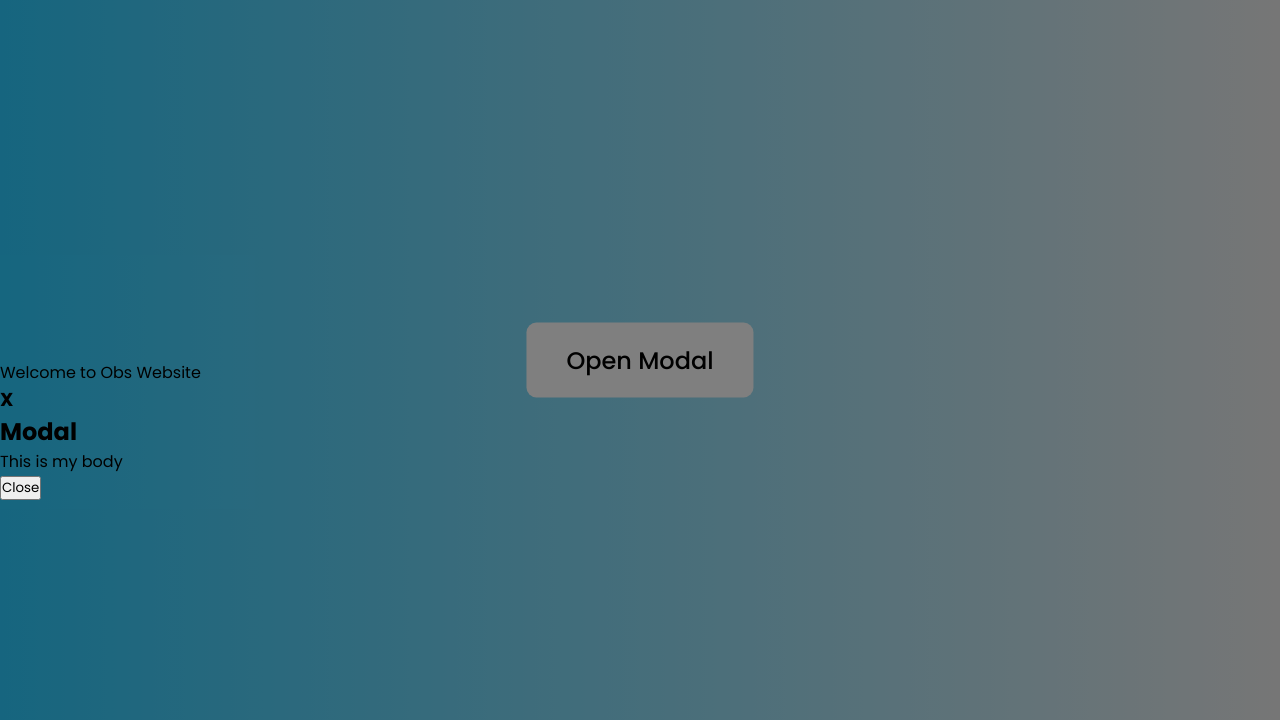
Repository: lausamtuong/Modal_card
Page: index.html
The author's editor kept a copy of each file at every save. The page is drawn from the files as they stood at one save, then again after a run of saves.
The browser window is 1280 px wide. The pictures show the whole page.
The style sheet was rebuilt from its Sass, Less or Tailwind sources for each picture, by a compiler version that may differ from the author's.

Above is the page before, as saved 2021-12-15 06:48:32.

### index.html
<!DOCTYPE html>
<html lang="en">
<head>
    <meta charset="UTF-8">
    <meta http-equiv="X-UA-Compatible" content="IE=edge">
    <meta name="viewport" content="width=device-width, initial-scale=1.0">
    <link rel="stylesheet" href="style.css">
    <link href="https://fonts.googleapis.com/css2?family=Poppins:wght@400;500;700&display=swap" rel="stylesheet">
    <title>Document</title>
</head>
<body>
    <button class="open__btn">Open Modal</button>
    <div class="modal">
        <div class="modal__inner">
            <div class="modal__header">
                <p>Welcome to Obs Website</p>
                <h3>X</h3>
            </div>
            <div class="modal__body">
                <h2>Modal</h2>
                <p>This is my body</p>
            </div>
            <div class="modal__footer">
                <button class="modal__close-btn">Close</button>
            </div>
        </div>
    </div>
</body>
</html>

### style.scss
*{
    margin: 0;
    padding: 0;
    box-sizing: border-box;
    font-family: 'Poppins', sans-serif;
}
body{
    height: 100vh;
    background:  linear-gradient( to right,#2cccff ,#eee );;
}
.open__btn{
     position: relative;;
   top:50%;
   left:50%;
   transform: translate(-50%,-50%);
   outline: none;
   border: none;
   padding : 20px 40px;
   font-weight: 500;
   font-size: 1.5rem;
   border-radius: 10px;
   background-color:#fff;
   &:hover{
      opacity: 0.7;
       cursor: pointer;
       transition: 0.5s;
   }
}
.modal{
    background-color: rgba(0,0,0,0.5);
    position:fixed;
    top:0;
    bottom:0;
    right:0;
    left:0;
    &__inner{
        position:relative;
        top:50%;
        margin :0 auto;
    }
}

After the next 2 saves:
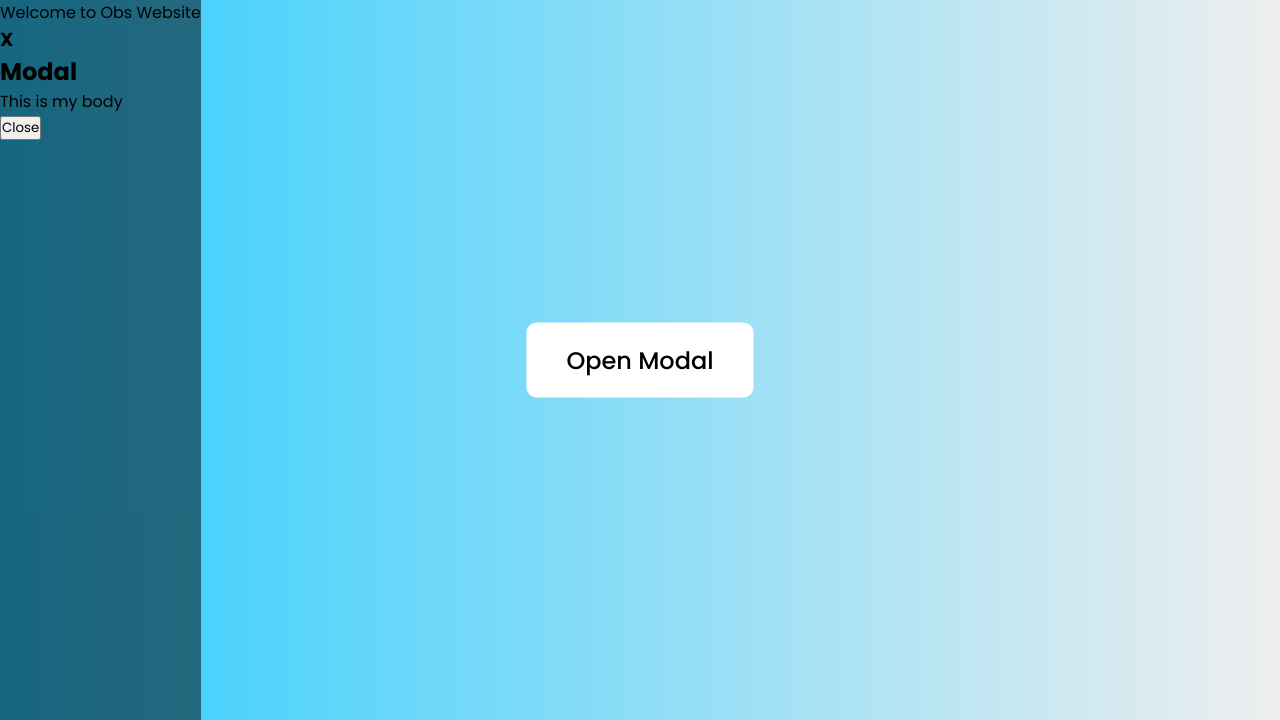
The 2 saves are shown as one change because they came seconds apart.
The last was saved 105 s later.
--- a/style.scss
+++ b/style.scss
@@ -31,8 +31,7 @@ body{
     position:fixed;
     top:0;
     bottom:0;
-    right:0;
-    left:0;
+    width:
     &__inner{
         position:relative;
         top:50%;
